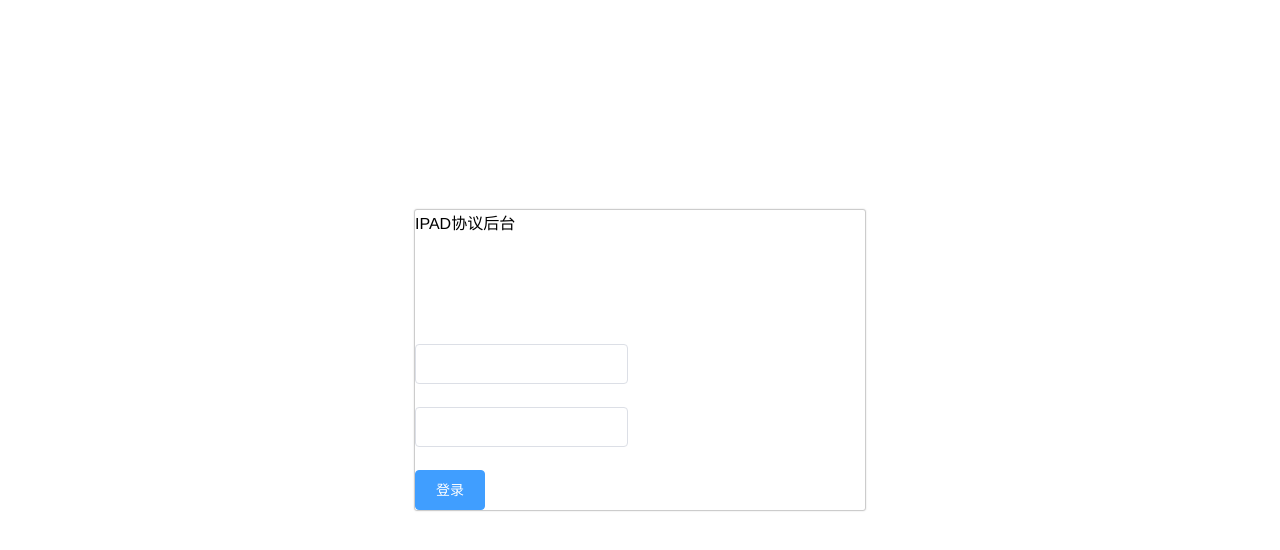
Repository: Iamanuan/ipad_admin
Page: /
An editor plug-in stored every save of this project. The page is shown before and after the next save, followed by the edit.
The browser window is 1280 px wide. The pictures show the whole page.
The project was rebuilt for these pictures with package versions that can differ from the ones it lists, and the page was loaded fresh each time. Also part of the build but not shown: vue.config.js.

Above is the page before, as saved 2020-05-07 13:39:30.

After the next save:
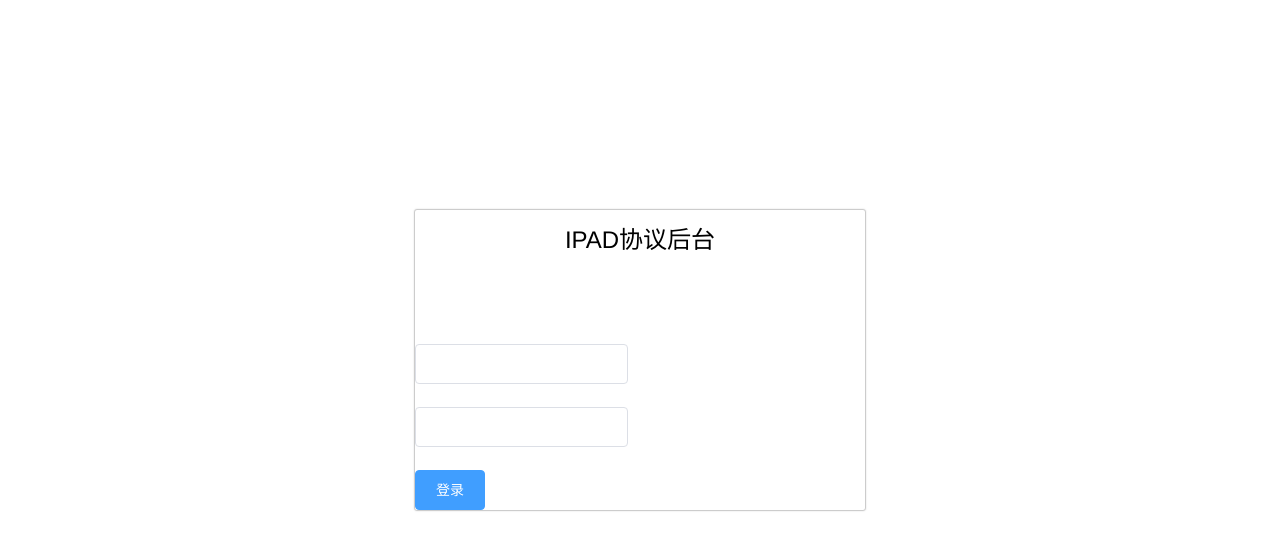
Saved 88 s later.
--- a/src/components/Login.vue
+++ b/src/components/Login.vue
@@ -42,6 +42,10 @@ export default {
   border: 1px solid #cccccc;
 
   .login_title{
+    font-size: x-large;
+    text-align: center;
+    height: 60px;
+    line-height: 60px;
     font-family: "Helvetica Neue",Helvetica,"PingFang SC","Hiragino Sans GB","Microsoft YaHei","微软雅黑",Arial,sans-serif;
   }
 }
